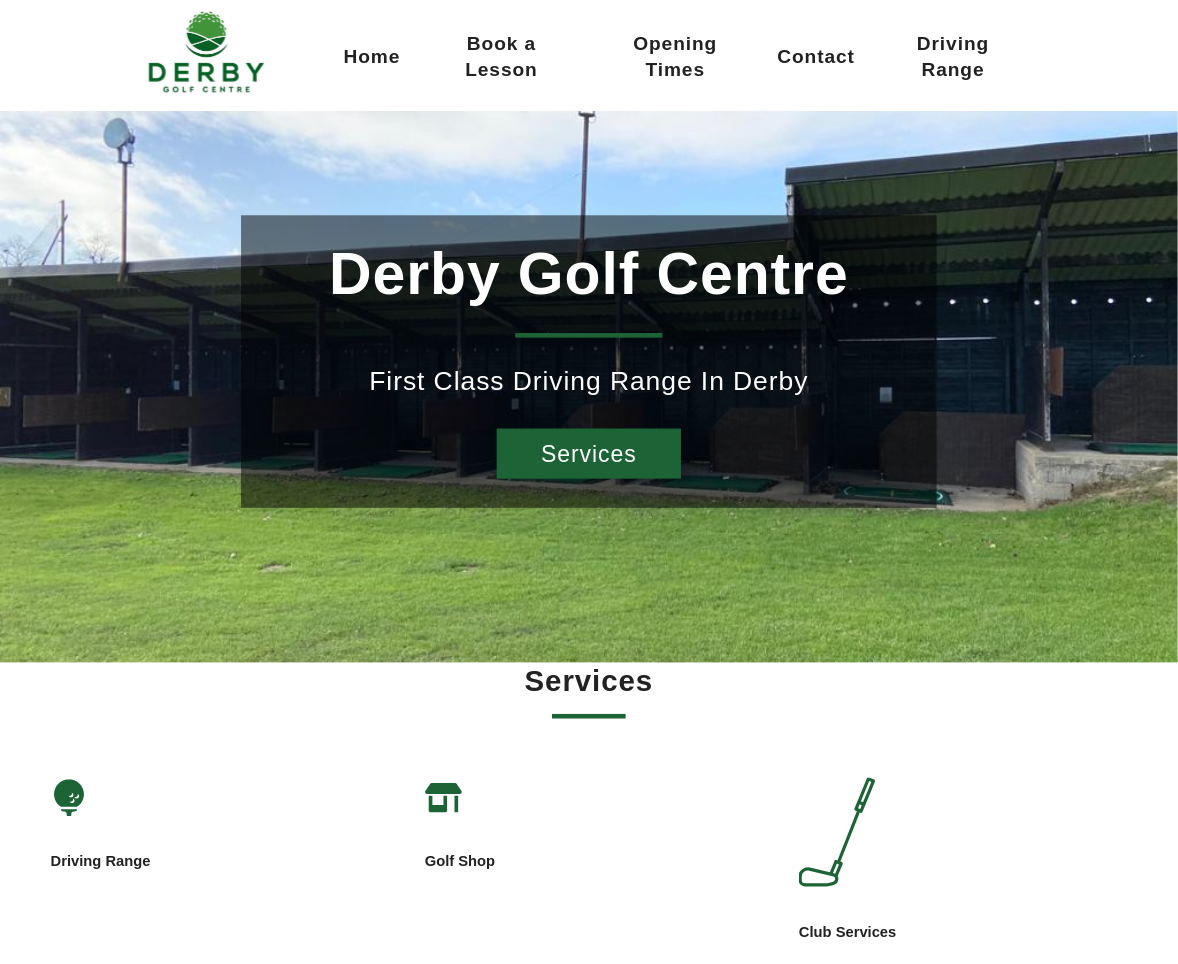
Repository: frankinstyyn/nigeljamesconsulting
Page: /
These files come from the project's save history. The page is drawn as it stood at one moment and after the next save; the edit follows.
The browser window is 1280 px wide. The pictures show the whole page, at 92% of full size.
Some web fonts or font styles are not loaded; a fallback is used. The project was rebuilt for these pictures with package versions that can differ from the ones it lists, and the page was loaded fresh each time. Also part of the build but not shown: src/pages/Lesson.js, src/pages/SingleRoom.js, src/pages/Error.js.

Above is the page before, as saved 2021-01-08 17:36:34.

After the next save:
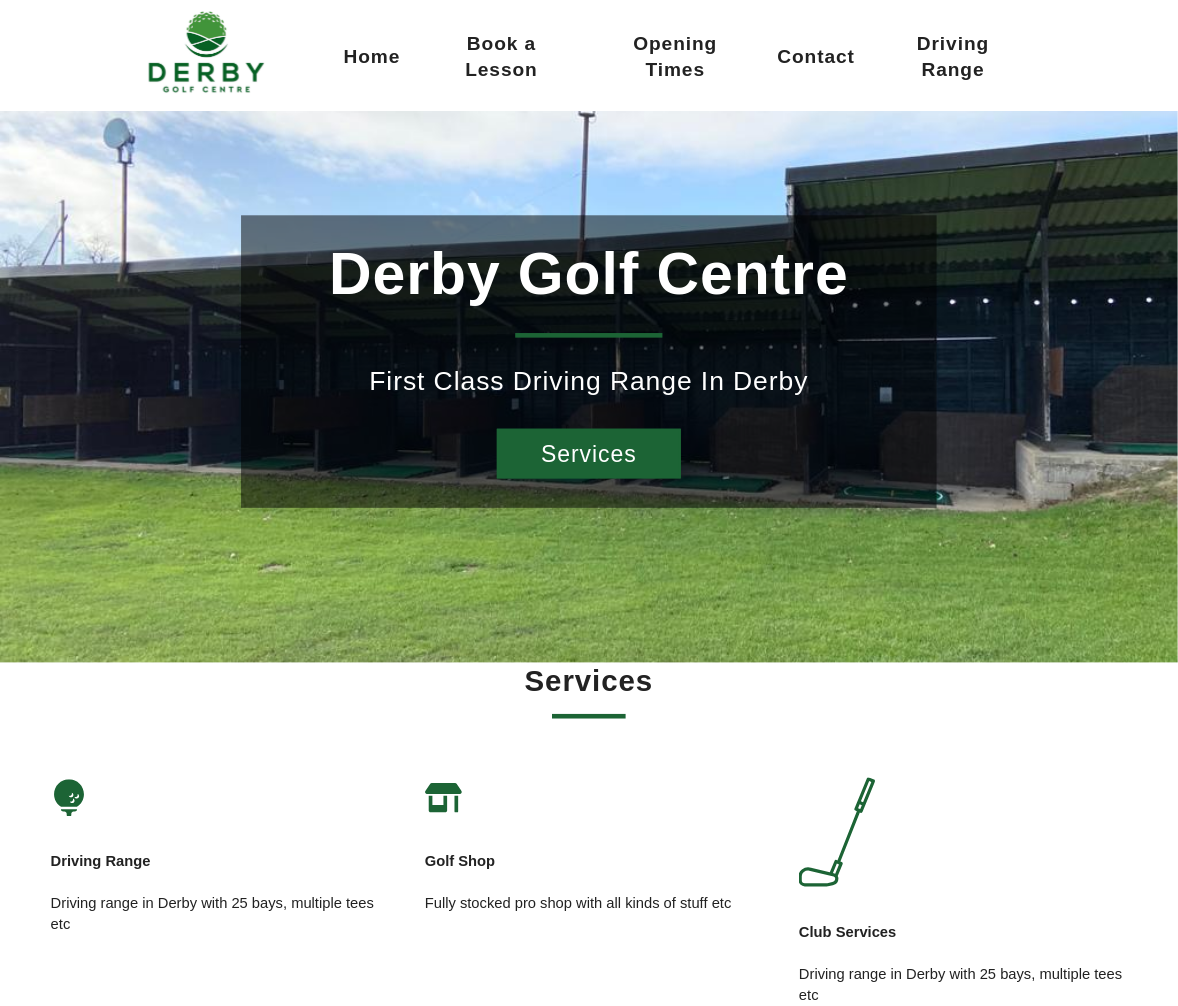
Saved 15 s later.
--- a/src/components/Services.js
+++ b/src/components/Services.js
@@ -34,6 +34,7 @@
                             <article key={index} className="service">
                                 <span>{item.icon}</span>
                                 <h6>{item.title}</h6>
+                                <p>{item.info}</p>
                             </article>
                         )
                     })}
